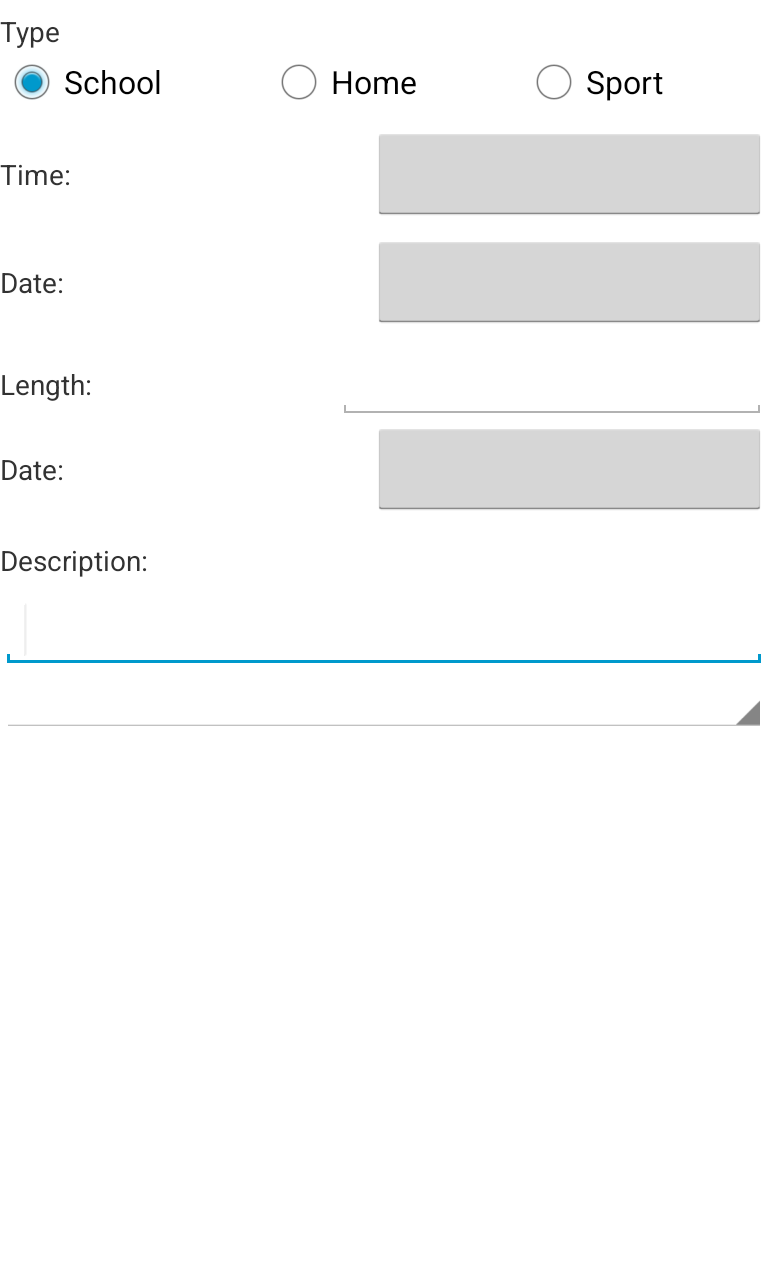
Repository: sehmon/workspace-eclipse
Layout: MilesTracker/res/layout/fragment_new_mile_sport.xml
An editor plug-in stored every save of this project. The layout is shown before and after the next save, followed by the edit.
It is drawn on a 768 x 1280 px phone screen (xhdpi) without system bars, with theme AppTheme; the app's code is not run.

Above is the layout before, as saved 2014-04-06 03:23:56.

### MilesTracker/res/layout/fragment_new_mile_sport.xml
<?xml version="1.0" encoding="utf-8"?>
<TableLayout xmlns:android="http://schemas.android.com/apk/res/android"
    android:layout_width="match_parent"
    android:layout_height="match_parent"
    android:layout_marginLeft="3dp" >

    <TextView
        android:id="@+id/newMileTypeTextView"
        android:layout_width="wrap_content"
        android:layout_height="wrap_content"
        android:text="@string/new_mile_type"
        android:layout_marginTop="6dp" />

    <RadioGroup
        android:id="@+id/typeRadioGroup"
        android:layout_width="fill_parent"
        android:layout_height="wrap_content"
        android:orientation="horizontal" >

        <RadioButton
            android:id="@+id/schoolRadio"
            android:layout_width="wrap_content"
            android:layout_height="wrap_content"
            android:checked="true"
            android:text="@string/new_school_mile"
            android:layout_weight="1" />


        <RadioButton
            android:id="@+id/homeRadio"
            android:layout_width="wrap_content"
            android:layout_height="wrap_content"
            android:text="@string/new_home_mile"
            android:layout_weight="1" />

        <RadioButton
            android:id="@+id/sportRadio"
            android:layout_width="wrap_content"
            android:layout_height="wrap_content"
            android:text="@string/new_sport_mile"
            android:layout_weight="1" />

    </RadioGroup>

    <TableRow
        android:layout_width="fill_parent"
        android:layout_height="wrap_content"
        android:layout_marginTop="6dp" >

        <TextView
            android:id="@+id/newMileTimeTextView"
            android:layout_width="wrap_content"
            android:layout_height="wrap_content"
            android:layout_weight="1"
            android:text="@string/new_mile_time" />

        <Button
            android:id="@+id/timeButton"
            style="?android:attr/buttonStyleSmall"
            android:layout_width="wrap_content"
            android:layout_height="wrap_content"
            android:layout_weight="1" />

    </TableRow>

    <TableRow
        android:layout_width="fill_parent"
        android:layout_height="wrap_content"
        android:layout_marginTop="6dp" >

        <TextView
            android:id="@+id/newMileDateTextView"
            android:layout_width="wrap_content"
            android:layout_height="wrap_content"
            android:layout_weight="1"
            android:text="@string/new_mile_date" />

        <Button
            android:id="@+id/dateButton"
            style="?android:attr/buttonStyleSmall"
            android:layout_width="wrap_content"
            android:layout_height="wrap_content"
            android:layout_weight="1" />

    </TableRow>


    <TableRow
        android:layout_width="fill_parent"
        android:layout_height="wrap_content"
        android:layout_marginTop="6dp" >

       <TextView
        android:id="@+id/lengthTextView"
        android:layout_width="0dip"
        android:layout_height="wrap_content"
        android:layout_weight="1"
        android:text="@string/new_mile_length"/>

       <EditText
           android:inputType="numberDecimal"
           android:layout_width="wrap_content"
           android:layout_height="wrap_content"
           android:id="@+id/lengthEditText"
           android:layout_weight="1"/>
    </TableRow>

    <TableRow

        >

        <TextView
            android:id="@+id/newMileSportTextView"
            android:layout_width="wrap_content"
            android:layout_height="wrap_content"
            android:layout_weight="1"
            android:text="@string/new_mile_date" />

        <Button
            android:id="@+id/dateButton"
            style="?android:attr/buttonStyleSmall"
            android:layout_width="wrap_content"
            android:layout_height="wrap_content"
            android:layout_weight="1" />

    </TableRow>


    <TextView
        android:id="@+id/descriptionTextView"
        android:layout_width="wrap_content"
        android:layout_height="wrap_content"
        android:text="@string/new_mile_description"
        android:layout_marginTop="12dp" />

    <EditText
        android:id="@+id/descriptionEditText"
        android:layout_width="match_parent"
        android:layout_height="wrap_content"
        android:ems="10"
        android:inputType="textMultiLine"
        android:layout_marginTop="6dp" >

        <requestFocus />
    </EditText>

    <Spinner
        android:id="@+id/spinner1"
        android:layout_width="wrap_content"
        android:layout_height="wrap_content" />

</TableLayout>

### MilesTracker/res/values/strings.xml
<?xml version="1.0" encoding="utf-8"?>
<resources>

    <string name="app_name">MilesTracker</string>
    <string name="action_settings">Settings</string>
    <string name="new_mile">Add a new Mile&#8230;</string>
    <string name="miles_needed">Miles Needed</string>
    <string name="miles_ran">Miles Ran</string>
    <string name="miles_to_go">Miles To Go</string>


    <string name="new_mile_type">Type</string>
    <string name="new_school_mile">School</string>
    <string name="new_home_mile">Home</string>
    <string name="new_sport_mile">Sport</string>

    <string name="new_mile_time">Time:</string>
    <string name="new_mile_date">Date:</string>
    <string name="new_mile_length">Length:</string>
    <string name="new_mile_description">Description:</string>

    <string name="add_new_mile">Add Mile</string>

    <string name="date_dialog">Date</string>

    <string name="add">Add</string>
    <string name="cancel">Cancel</string>






</resources>

Loaded but not shown: MilesTracker/res/values/styles.xml (common file); MilesTracker/res/values-v11/styles.xml (common file); MilesTracker/res/values-v14/styles.xml (common file)

After the next save:
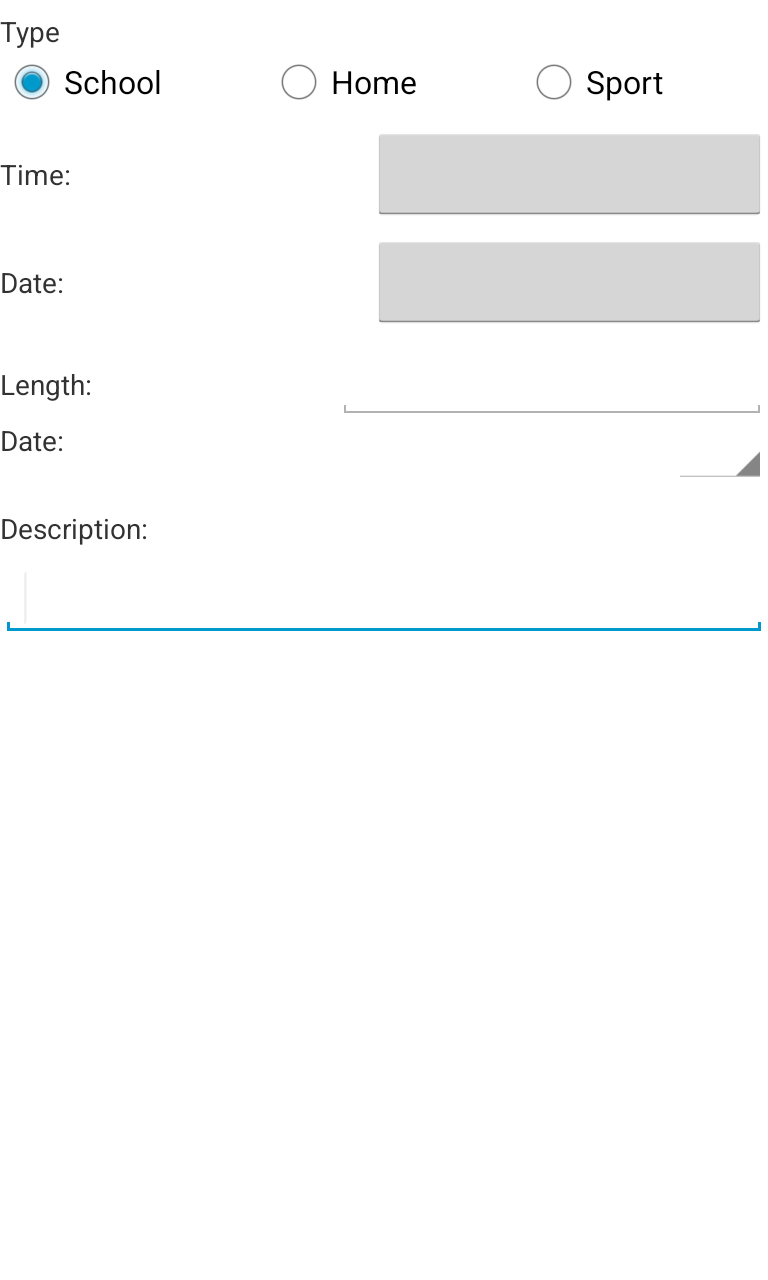
Saved 30 s later.
--- a/MilesTracker/res/layout/fragment_new_mile_sport.xml
+++ b/MilesTracker/res/layout/fragment_new_mile_sport.xml
@@ -116,12 +116,10 @@
             android:layout_weight="1"
             android:text="@string/new_mile_date" />
 
-        <Button
-            android:id="@+id/dateButton"
-            style="?android:attr/buttonStyleSmall"
-            android:layout_width="wrap_content"
-            android:layout_height="wrap_content"
-            android:layout_weight="1" />
+        <Spinner
+        android:id="@+id/spinner1"
+        android:layout_width="wrap_content"
+        android:layout_height="wrap_content" />
 
     </TableRow>
 
@@ -144,9 +142,6 @@
         <requestFocus />
     </EditText>
 
-    <Spinner
-        android:id="@+id/spinner1"
-        android:layout_width="wrap_content"
-        android:layout_height="wrap_content" />
+
 
 </TableLayout>
